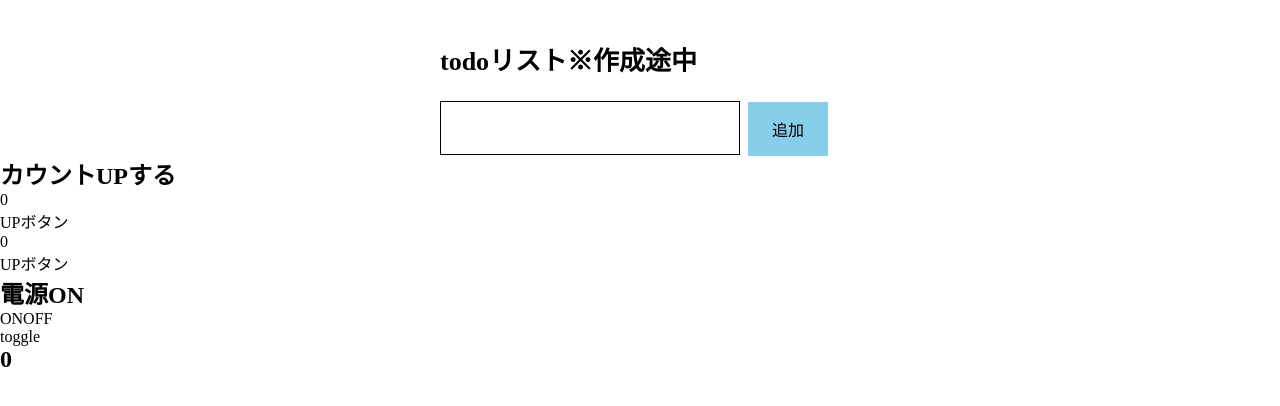
Repository: FujieRyou/react_practice
Page: /
The author's editor kept a copy of each file at every save. The page is drawn from the files as they stood at one save, then again after the next save.
The browser window is 1280 px wide. The pictures show the whole page.
The project was rebuilt for these pictures with package versions that can differ from the ones it lists, and the page was loaded fresh each time. Also part of the build but not shown: vite.config.js, src/components/testComponent.jsx, src/components/props1.jsx, src/components/profile.jsx, src/components/ivent.jsx, src/components/inputInterlocking.jsx, src/components/ShuffleNumArray.jsx.

Above is the page before, as saved 2023-01-23 14:18:38.

After the next save:
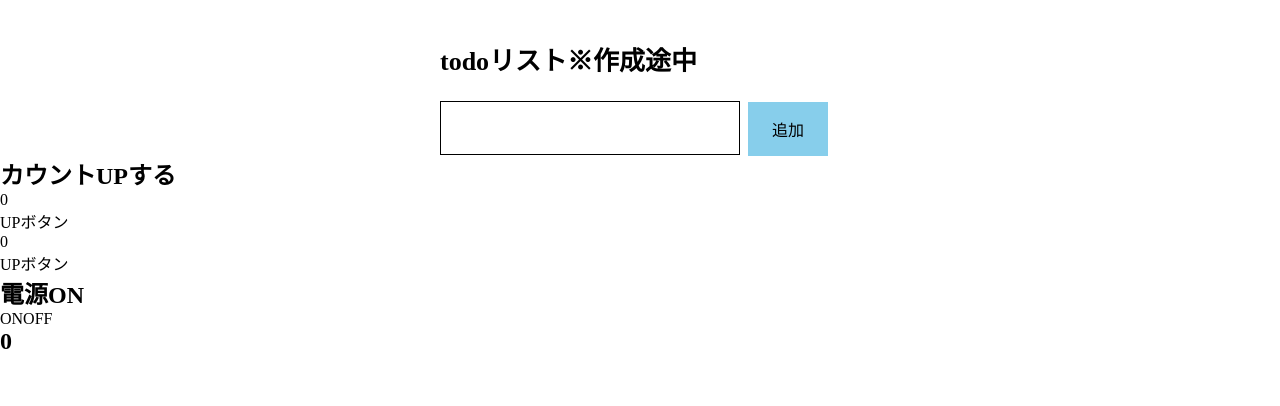
Saved 8 min 19 s later.
--- a/src/components/multipleState.jsx
+++ b/src/components/multipleState.jsx
@@ -1,18 +1,13 @@
 import { useState } from "react"
 
 const ToggleNum = () =>{
-    const [countA,setCountA] = useState(0)
-    const [countB,setCountB] = useState(0)
-    let toggle = true
-    const toggleBtn = () =>{
-        toggle(prev => !prev);
-        return (toggle ? countA : countB)
+    const [count,setCount] = useState(0)
+    const countUp = () =>{
+
     }
     return(
         <div>
-            <button type="button" onClick={toggleBtn}>toggle</button>
-            <h2>{toggle ? countA : countB}</h2>
-
+            <h2>{count}</h2>
         </div>
     )
 }
